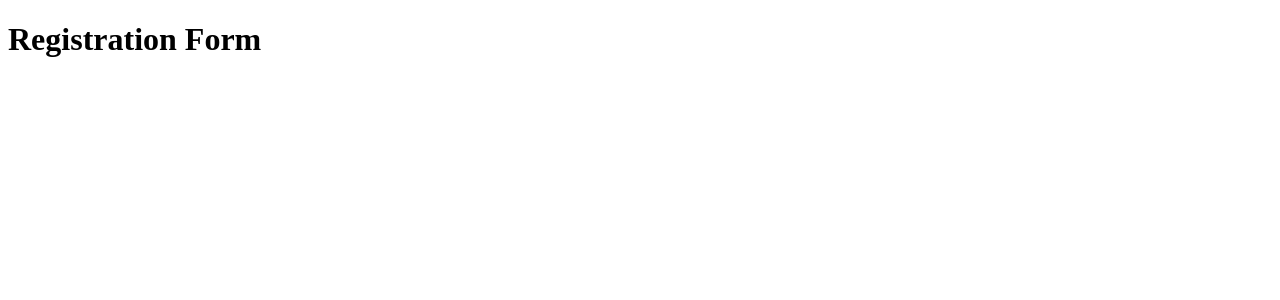
Repository: sudeepa88/Registration-Form
Page: registration.html
An editor plug-in stored every save of this project. The page is shown before and after the next save, followed by the edit.
The browser window is 1280 px wide. The pictures show the whole page.

Above is the page before, as saved 2022-01-11 21:17:41.

After the next save:
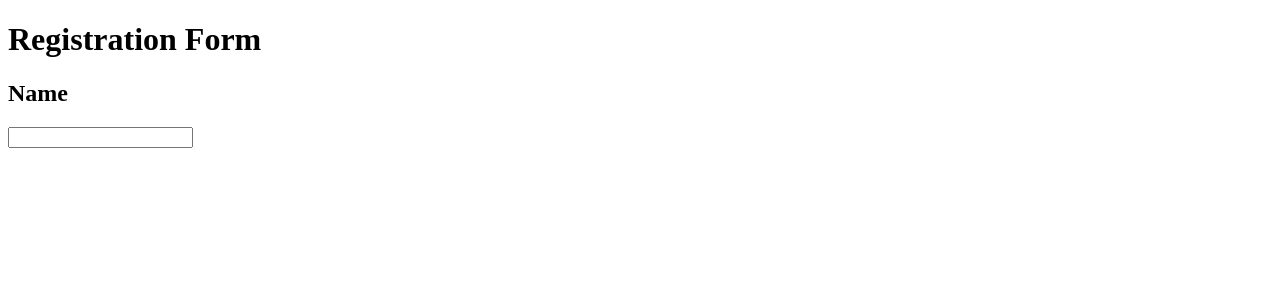
Saved 6 min 8 s later.
--- a/registration.html
+++ b/registration.html
@@ -7,6 +7,17 @@
     <title>Document</title>
 </head>
 <body>
-    <div><h1 class="regform">Registration Form </h1></div>
+    <div class="regform"><h1>Registration Form </h1></div>
+
+    <div class="mane">
+        <form>
+             <div id="name">
+                 <h2 class="name">Name</h2>
+                 <input class ="firstname" type="rext" name="first_name"><br>
+
+
+             </div>
+        </form>
+    </div>
 </body>
 </html>
